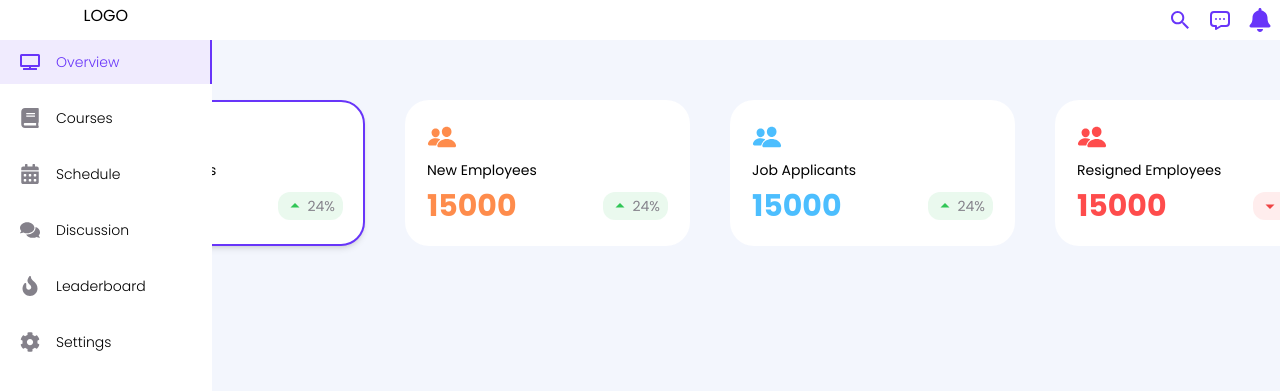
Repository: SpicierEwe/creativeio_hr_dashboard
Page: /
These files come from the project's save history. The page is drawn as it stood at one moment and after the next save; the edit follows.
The browser window is 1280 px wide. The pictures show the whole page.
The project was rebuilt for these pictures with package versions that can differ from the ones it lists, and the page was loaded fresh each time. Also part of the build but not shown: src/components/dashboard/sections/sections_2/section_2.jsx. Imported but missing from the stored project, and not drawn on this page: src/components/dashboard/sections/sections_2/charts/pie_chart.

Above is the page before, as saved 2024-06-28 23:25:56.

### public/index.html
<!DOCTYPE html>
<html lang="en">
  <head>
    <meta charset="utf-8" />
    <link rel="icon" href="%PUBLIC_URL%/favicon.ico" />
    <meta name="viewport" content="width=device-width, initial-scale=1" />
    <meta name="theme-color" content="#000000" />
    <meta
      name="description"
      content="A perfectly optmized HR Dashboard for all screens sizes to give you the best possible user experience no matter the type of screen size you use."
    />
    <link rel="apple-touch-icon" href="%PUBLIC_URL%/logo192.png" />
    <!--
      manifest.json provides metadata used when your web app is installed on a
      user's mobile device or desktop. See https://developers.google.com/web/fundamentals/web-app-manifest/
    -->
    <link rel="manifest" href="%PUBLIC_URL%/manifest.json" />
    <!--
      Notice the use of %PUBLIC_URL% in the tags above.
      It will be replaced with the URL of the `public` folder during the build.
      Only files inside the `public` folder can be referenced from the HTML.

      Unlike "/favicon.ico" or "favicon.ico", "%PUBLIC_URL%/favicon.ico" will
      work correctly both with client-side routing and a non-root public URL.
      Learn how to configure a non-root public URL by running `npm run build`.
    -->
    <title>HR Dashboard</title>
  </head>
  <body>
    <noscript>You need to enable JavaScript to run this app.</noscript>
    <div id="root"></div>
    <!--
      This HTML file is a template.
      If you open it directly in the browser, you will see an empty page.

      You can add webfonts, meta tags, or analytics to this file.
      The build step will place the bundled scripts into the <body> tag.

      To begin the development, run `npm start` or `yarn start`.
      To create a production bundle, use `npm run build` or `yarn build`.
    -->
  </body>
</html>

### src/index.css
@import url('https://fonts.googleapis.com/css2?family=Poppins:ital,wght@0,100;0,200;0,300;0,400;0,500;0,600;0,700;0,800;0,900;1,100;1,200;1,300;1,400;1,500;1,600;1,700;1,800;1,900&display=swap');


@tailwind base;
@tailwind components;
@tailwind utilities;

@layer base {
    :root {
        --color-primary: #ffffff;
        --color-secondary: #f3f6fd;
        --accent: #6835f9;
        --accent-light: #f0ebfe;

        --font-primary: #202020;
        --font-secondary: #84818A;
        --font-tertiary: #47464A;
        /* Corrected the double # */
    }

    .hide-scrollbar::-webkit-scrollbar {
        display: none;
    }

    .hide-scrollbar {
        -ms-overflow-style: none;
        /* IE and Edge */
        scrollbar-width: none;
        /* Firefox */
    }

    body {
        font-family: 'Poppins', sans-serif;
        background-color: var(--color-secondary);
    }

    h1,
    h2,
    h3,
    h4 {
        color: var(--font-primary);
    }





    p {
        color: var(--font-secondary);
    }
}

### src/App.js
import { BrowserRouter as Router, Routes, Route } from "react-router-dom";

import "./App.css";
import DashBoard from "./components/dashboard/dashboard";
import SideNav from "./components/side_nav/side_nav";
import { useRef } from "react";

function App() {
  const sideRef = useRef(null);
  return (
    <Router>
      <div className="App overflow-x-hidden ">
        <div className="flex max-w-screen-2xl w-screen">
          {/* side and top nav  */}
          <div ref={sideRef} className="">
            <SideNav />
          </div>
          {/* right content */}
          <div className="w-[100%] pt-20  ">
            <Routes>
              <Route path="/" element={<DashBoard />} />
            </Routes>
          </div>
        </div>
      </div>
    </Router>
  );
}

export default App;

### src/components/dashboard/dashboard.jsx
import Section1 from "./sections/section_1/section_1";
import Section2 from "./sections/sections_2/section_2";

function DashBoard() {
  return (
    <div>
      <div className=" ">
        <Section1 />
      </div>

      <div className="">{/* <Section2 /> */}</div>
    </div>
  );
}

export default DashBoard;

### src/components/side_nav/side_nav.jsx
import React, { useEffect, useState } from "react";

import {
  FaComments,
  FaCog,
  FaFire,
  FaCalendarAlt,
  FaBook,
  FaTv,
  FaBell,
} from "react-icons/fa";
import { IoMdSearch } from "react-icons/io";
import { TbMessageDots } from "react-icons/tb";
import { Link, redirect, useLocation } from "react-router-dom";

const menuItems = [
  { id: 1, icon: <FaTv />, label: "Overview", notifications: 0, redirect: "/" },
  {
    id: 2,
    icon: <FaBook />,
    label: "Courses",
    notifications: 0,
    redirect: "/courses",
  },
  {
    id: 3,
    icon: <FaCalendarAlt />,
    label: "Schedule",
    notifications: 2,
    redirect: "/schedule",
  },
  {
    id: 4,
    icon: <FaComments />,
    label: "Discussion",
    notifications: 0,
    redirect: "/discussion",
  },
  {
    id: 5,
    icon: <FaFire />,
    label: "Leaderboard",
    notifications: 0,
    redirect: "/leaderboard",
  },
  {
    id: 6,
    icon: <FaCog />,
    label: "Settings",
    notifications: 0,
    redirect: "/settings",
  },
];

function SideNav() {
  const [selectedNavIndex, setSelectedNavIndex] = useState(0);

  const location = useLocation();

  useEffect(() => {
    const path = location.pathname;
    const index = menuItems.findIndex((item) => item.redirect === path);
    setSelectedNavIndex(index);
  }, [location.pathname]);

  return (
    <div className="fixed">
      {/* top nav */}
      <TopNavBar />

      {/* side nav */}
      <ul className="flex flex-col fixed  gap-3 h-screen justify-between z-[999] bg-primary">
        <div className="flex flex-col  gap-3">
          {/*  LOGO images */}

          <div className="mt-1">LOGO</div>

          {/* <h2>Main Menu</h2> */}
          {menuItems.map((item, index) => {
            const isSelected = selectedNavIndex === index;
            return (
              <Link to={item.redirect}>
                <li
                  key={item.id}
                  // bg
                  className={`p-3 border-r-2 ${
                    isSelected ? "border-accent" : "border-primary"
                  } text-md cursor-pointer w-full ${
                    isSelected ? "bg-accent_light" : ""
                  } transition-all duration-200 ease-in-out lg:pr-16 lg:pl-5 `}
                  onClick={() => setSelectedNavIndex(index)}
                >
                  <div className="flex justify-between gap-10">
                    <div className="flex gap-4">
                      {/* item icon */}
                      <div
                        className={` text-2xl lg:text-xl ${
                          isSelected ? "text-accent" : "text-secondary"
                        }  `}
                      >
                        {item.icon}
                      </div>

                      {/* lable */}
                      <div
                        className={`hidden lg:block text-sm font-light ${
                          isSelected ? "text-accent" : ""
                        } `}
                      >
                        {item.label}
                      </div>
                    </div>
                  </div>
                </li>
              </Link>
            );
          })}
        </div>
      </ul>
    </div>
  );
}

export default SideNav;
const TopNavBar = () => {
  const icons = [<IoMdSearch />, <TbMessageDots />, <FaBell />];
  return (
    <div className="bg-primary w-screen fixed  max-w-screen-2xl">
      {/* mobile */}
      <div className="flex justify-between">
        <div></div>

        {/* icons */}
        <div className="flex">
          {icons.map((icon, index) => (
            <div
              key={index}
              className="flex justify-end p-2 text-2xl text-accent"
            >
              {icon}
            </div>
          ))}
        </div>
      </div>
    </div>
  );
};

### src/components/dashboard/sections/section_1/section_1.jsx
import { useState } from "react";
import { IoPeople } from "react-icons/io5";
import { RiArrowUpSFill } from "react-icons/ri";

function Section1() {
  const data = [
    {
      icon: <IoPeople />,
      title: "Total Employees",
      count: 15000,
      percentage: "24%",
      color: "#6835f9",
      drop: false,
    },
    {
      icon: <IoPeople />,
      title: "New Employees",
      count: 15000,
      percentage: "24%",
      color: "#fe8c4c",
      drop: false,
    },
    {
      icon: <IoPeople />,
      title: "Job Applicants",
      count: 15000,
      percentage: "24%",
      color: "#4cbefe",
      drop: false,
    },
    {
      icon: <IoPeople />,
      title: "Resigned Employees",
      count: 15000,
      percentage: "24%",
      color: "#fe4c4c",
      drop: true,
    },
  ];

  function hexToRGBA(hex, opacity) {
    let r = 0,
      g = 0,
      b = 0;
    if (hex.length === 4) {
      r = parseInt(hex[1] + hex[1], 16);
      g = parseInt(hex[2] + hex[2], 16);
      b = parseInt(hex[3] + hex[3], 16);
    } else if (hex.length === 7) {
      r = parseInt(hex[1] + hex[2], 16);
      g = parseInt(hex[3] + hex[4], 16);
      b = parseInt(hex[5] + hex[6], 16);
    }
    return `rgba(${r},${g},${b},${opacity})`;
  }

  const item = {
    color: "#ff5733", // Example color
  };

  const boxShadowColor = hexToRGBA(item.color, 0.3);
  const boxShadow = `0 4px 10px -3px ${boxShadowColor}`;
  console.log(boxShadow);

  const [selectedIndex, setSelectedIndex] = useState(0);

  return (
    <div className="hide-scrollbar flex gap-5 lg:gap-10 overflow-x-auto hide-scroll w-full p-5 pl-0   xl:grid grid-cols-4 ml-20 ">
      {data.map((item, index) => {
        return (
          <div
            key={index}
            onClick={() => setSelectedIndex(index)}
            className={`text-start rounded-3xl p-5 bg-primary flex flex-col items-start cursor-pointer ${
              selectedIndex === index ? `shadow-md` : ""
            } transition-all duration-200 ease-in-out`}
            style={{
              border: `2px ${
                selectedIndex === index ? item.color : "transparent"
              } solid`,
            }}
          >
            <div
              className="text-3xl"
              style={{
                color: item.color,
              }}
            >
              {item.icon}
            </div>
            <div className=" mt-2 text-sm  whitespace-nowrap">{item.title}</div>
            <div className="w-full flex gap-3 mt-2  items-center justify-between">
              <p
                className="text-3xl font-bold"
                style={{
                  color: item.color,
                }}
              >
                {item.count}
              </p>
              <div
                className="flex gap-1 items-center w-fit rounded-xl py-1 px-2"
                style={{
                  color: item.drop ? "red" : "green",
                  backgroundColor: item.drop
                    ? "rgba(254, 76, 76, 0.1)"
                    : "rgba(49, 198, 86, 0.1)",
                }}
              >
                {!item.drop ? (
                  <RiArrowUpSFill className="text-[#31c656] text-lg" />
                ) : (
                  <RiArrowUpSFill className="text-red-500 text-lg rotate-180" />
                )}
                <p className="text-sm">{item.percentage}</p>
              </div>
            </div>
          </div>
        );
      })}
    </div>
  );
}

export default Section1;

### tailwind.config.js
/** @type {import('tailwindcss').Config} */
module.exports = {
  content: ["./src/**/*.{js,jsx,ts,tsx}"],
  theme: {
    extend: {
      colors: {
        primary: "var(--color-primary)",
        secondary: "var(--color-secondary)",
        accent: "var(--accent)",
        accent_light: "var(--accent-light)",
      },
      textColor: {
        primary: "var(--font-primary)",
        secondary: "var(--font-secondary)",
        tertiary: "var(--font-tertiary)",
      },
    },
  },
  plugins: [],
};

Loaded but not shown: src/index.js (common file); src/reportWebVitals.js (common file); src/App.css (common file)

After the next save:
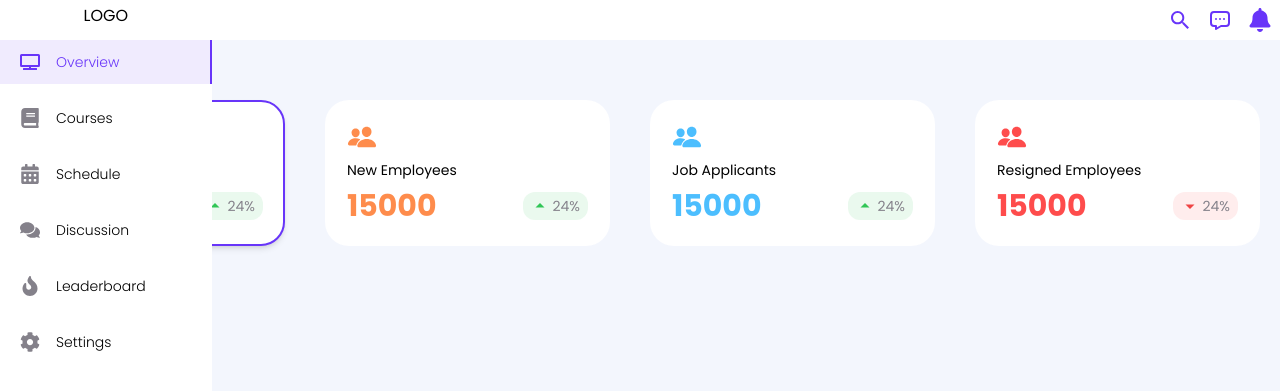
Saved 17 s later.
--- a/src/components/dashboard/sections/section_1/section_1.jsx
+++ b/src/components/dashboard/sections/section_1/section_1.jsx
@@ -65,7 +65,7 @@ function Section1() {
   const [selectedIndex, setSelectedIndex] = useState(0);
 
   return (
-    <div className="hide-scrollbar flex gap-5 lg:gap-10 overflow-x-auto hide-scroll w-full p-5 pl-0   xl:grid grid-cols-4 ml-20 ">
+    <div className="hide-scrollbar flex gap-5 lg:gap-10 overflow-x-auto hide-scroll w-full p-5 pl-0   xl:grid grid-cols-4">
       {data.map((item, index) => {
         return (
           <div
